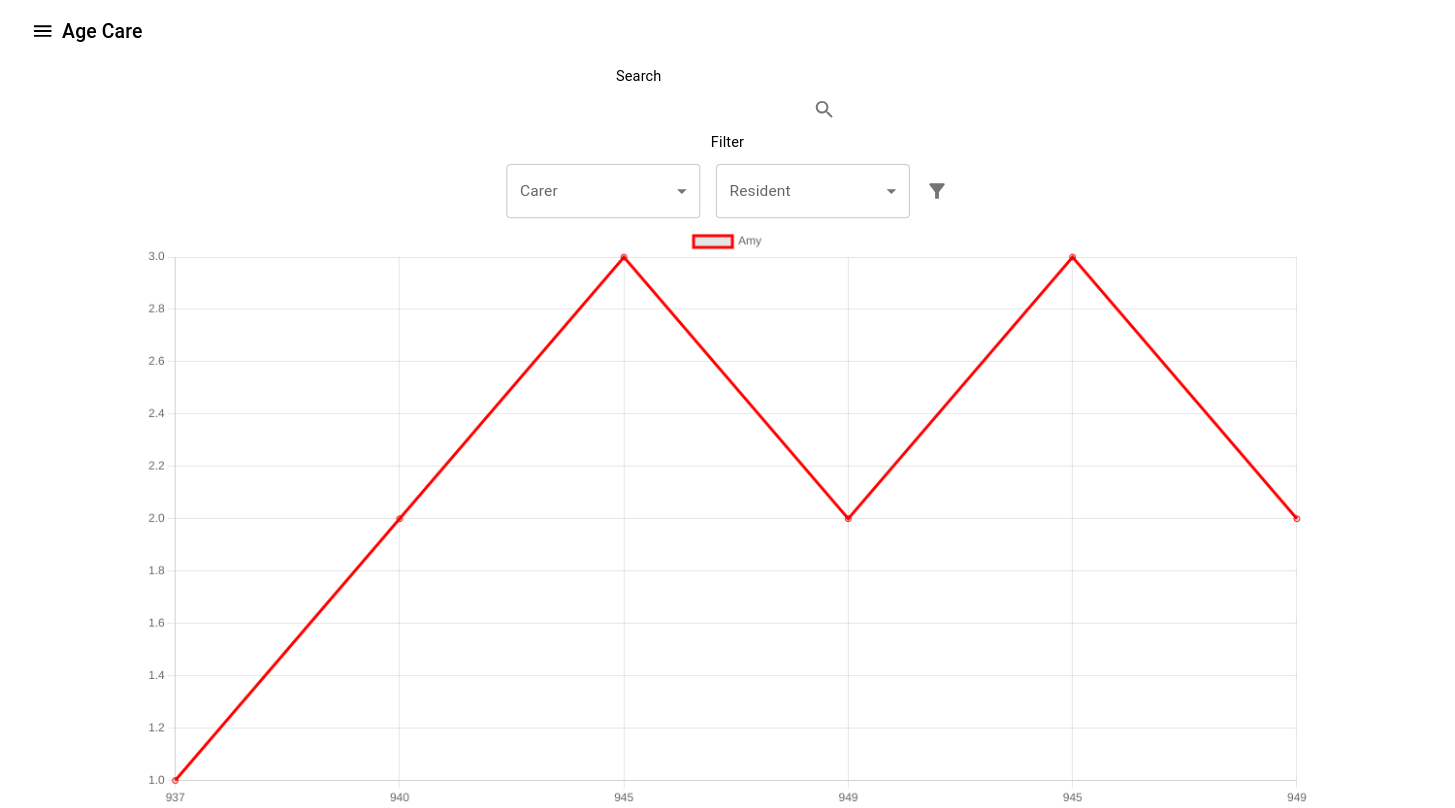
Repository: kimchybob/age_care
Page: /, after clicking the first element matching `button.css-78trlr-MuiButtonBase-root-MuiIconButton-root`
The author's editor kept a copy of each file at every save. The page is drawn from the files as they stood at one save, then again after the next save.
The browser window is 1280 px wide. The page is 1500 px wide, so the pictures cover 1500 px, including what lies to the right of the window. The pictures show the whole page, at 97% of full size.
The project was rebuilt for these pictures with package versions that can differ from the ones it lists, and the page was loaded fresh each time. Also part of the build but not shown: src/Components/TimeSelecter.js, src/Components/SingleSelectList.js, src/Components/TableChart.js, src/Pages/DataGridPage.js.

Above is the page before, as saved 2022-03-23 22:45:53.

After the next save:
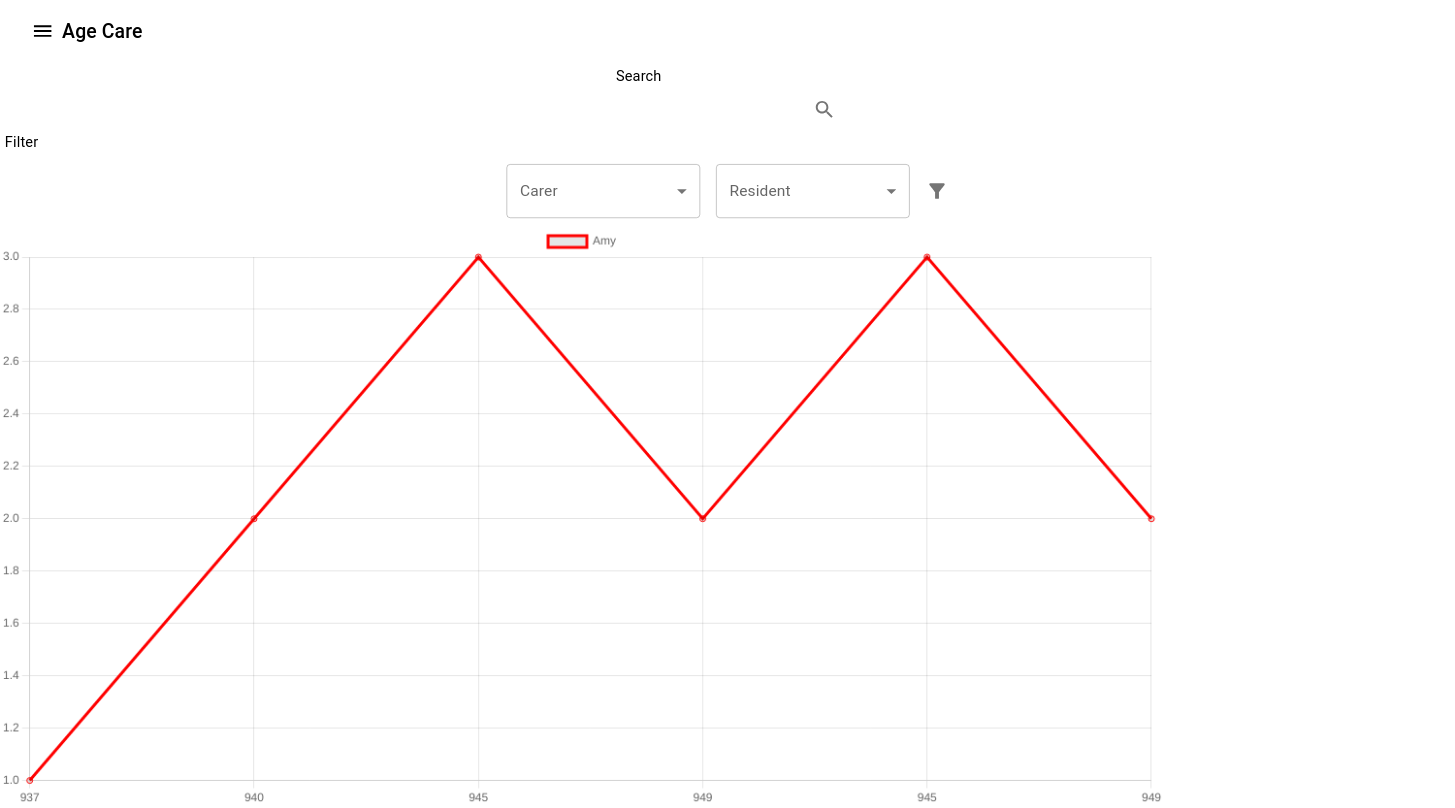
Saved 4 min 34 s later.
--- a/src/Pages/ChartPage.js
+++ b/src/Pages/ChartPage.js
@@ -63,7 +63,7 @@
           container
           direction={"column"}
           justifyContent="center"
-          alignItems="center"
+          // alignItems="center"
         >
           <Typography
             component="legend"
@@ -77,9 +77,7 @@
             justifyContent="center"
             alignItems="center"
           >
-            <Grid item>
-              <MultiSelectList label={"Carer"}/>
-            </Grid>
+            <MultiSelectList label={"Carer"}/>
             <MultiSelectList label={"Resident"}/>
             <IconButton onClick={filterClicked}>
                 <FilterAltIcon/>

After the save that followed:
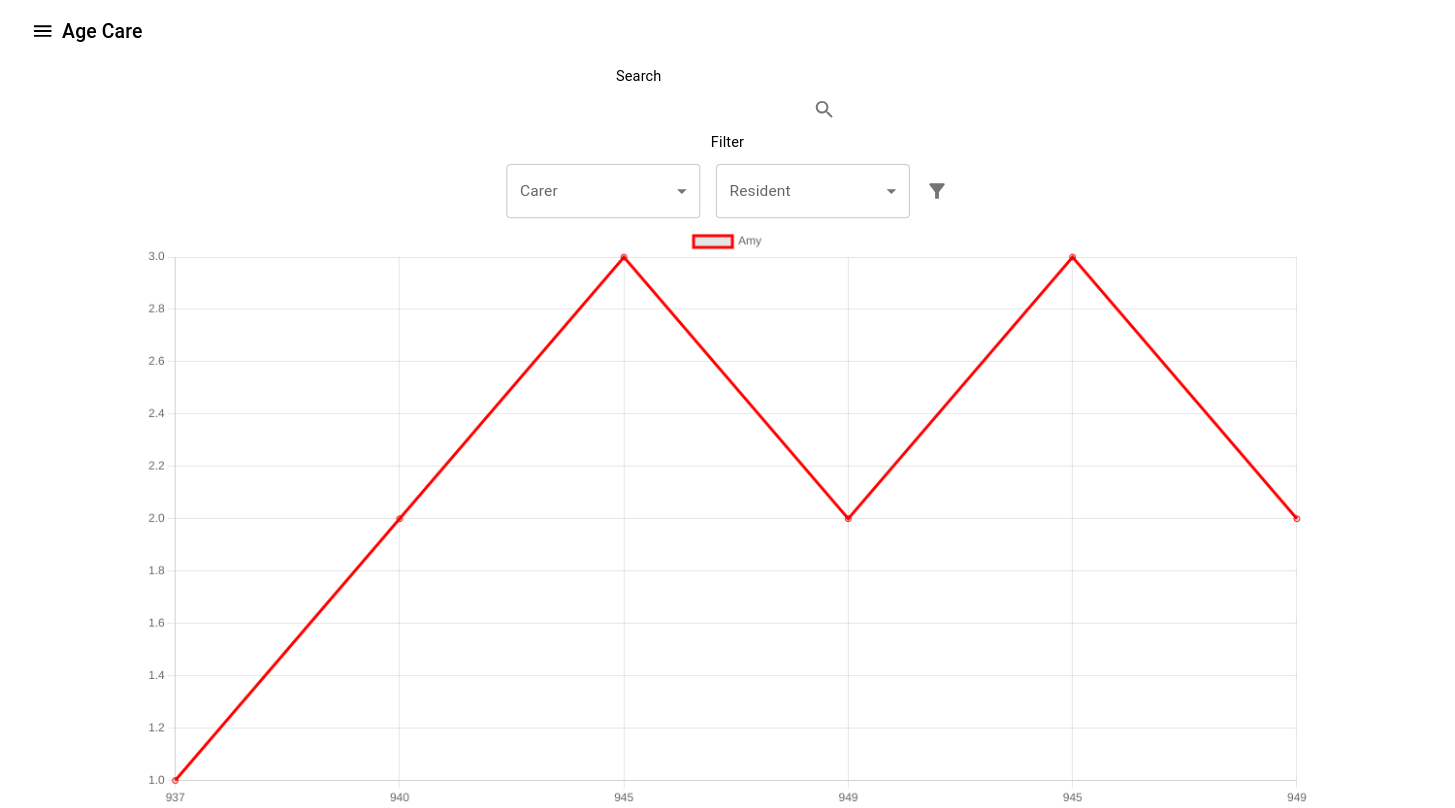
Saved 11 s later.
--- a/src/Pages/ChartPage.js
+++ b/src/Pages/ChartPage.js
@@ -63,7 +63,7 @@
           container
           direction={"column"}
           justifyContent="center"
-          // alignItems="center"
+          alignItems="center"
         >
           <Typography
             component="legend"
